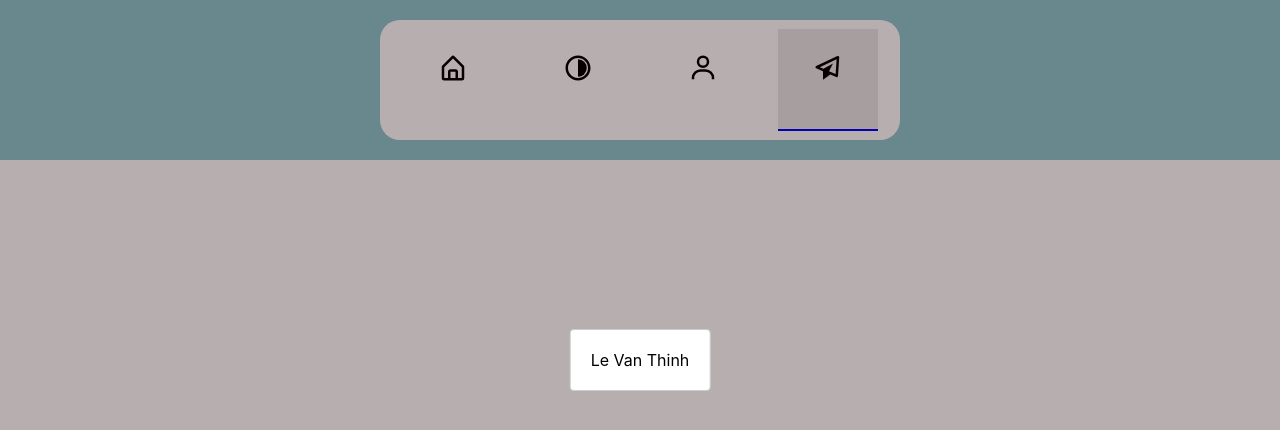
Repository: lethinh2003/pokemon_reactjs
Page: /contact
The author's editor kept a copy of each file at every save. The page is drawn from the files as they stood at one save, then again after the next save.
The browser window is 1280 px wide. The pictures show the whole page.
The project was rebuilt for these pictures with package versions that can differ from the ones it lists, and the page was loaded fresh each time. A package was used in the major version that the imports need, not the one package.json lists. Also part of the build but not shown: src/App.css, src/custom/useFetch.js, src/styles/loading.scss, src/styles/pokemonDetail.scss, src/view/PokemonDetail.jsx, src/view/Pokemon.jsx.

Above is the page before, as saved 2021-11-28 13:45:41.

### public/index.html
<!DOCTYPE html>
<html lang="en">
  <head>
    <meta charset="utf-8" />
    <link rel="icon" href="%PUBLIC_URL%/favicon.ico" />
    <meta name="viewport" content="width=device-width, initial-scale=1" />
    <meta name="theme-color" content="#000000" />
    <meta
      name="description"
      content="Web site created using create-react-app"
    />
    <link rel="apple-touch-icon" href="%PUBLIC_URL%/logo192.png" />


    <!--
      manifest.json provides metadata used when your web app is installed on a
      user's mobile device or desktop. See https://developers.google.com/web/fundamentals/web-app-manifest/
    -->
    <link rel="manifest" href="%PUBLIC_URL%/manifest.json" />
    <!--
      Notice the use of %PUBLIC_URL% in the tags above.
      It will be replaced with the URL of the `public` folder during the build.
      Only files inside the `public` folder can be referenced from the HTML.

      Unlike "/favicon.ico" or "favicon.ico", "%PUBLIC_URL%/favicon.ico" will
      work correctly both with client-side routing and a non-root public URL.
      Learn how to configure a non-root public URL by running `npm run build`.
    -->
    <title>React App</title>
  </head>
  <body>
    <noscript>You need to enable JavaScript to run this app.</noscript>
    <div id="root"></div>
    <!--
      This HTML file is a template.
      If you open it directly in the browser, you will see an empty page.

      You can add webfonts, meta tags, or analytics to this file.
      The build step will place the bundled scripts into the <body> tag.

      To begin the development, run `npm start` or `yarn start`.
      To create a production bundle, use `npm run build` or `yarn build`.
    -->
  </body>
</html>

### src/App.js
import logo from './logo.svg';
import './App.css';
import './styles/body.scss';
import Pokemon from './view/Pokemon';
import PokemonDetail from './view/PokemonDetail';
import Nav from './view/Nav';
import Contact from './view/Contact';
import {
  BrowserRouter as Router,
  Switch,
  Route,
  Link
} from "react-router-dom";


function App() {
  return (
    <>

        <div className="container">

        <Router>
            <Nav />

        <Switch>
          <Route path="/" exact>
            <Pokemon />
          </Route>

          <Route path="/detail/:id" exact>
          <PokemonDetail />

          </Route>
          <Route path="/contact">
          <Contact />

          </Route>
        </Switch>
        </Router>

        </div>
    </>
  );
}

export default App;

### src/styles/body.scss
.container {
  background-color: rgba(29, 143, 158, 0.507);
  display: flex;
  justify-content: center;
  align-items: center;
  flex-direction: column;
}

.card-body {
  display: flex;
  gap: 20px;
  justify-content: center;
  flex-wrap: wrap;
  position: relative;
}

@media (max-width: 735px) {
  .card-body {
  }
}
.card-item {
  width: 260px;
  height: 350px;
  background-color: rgb(75, 72, 72);
  border-radius: 20px;
  margin-left: 20px;
  position: relative;
  box-shadow: 2px 2px 8px 2px #5e5353;
  background-image: linear-gradient(45deg, #d90e0e, #2016dfcf);
  cursor: url(https://emoji.gg/assets/emoji/6419_great_pokeball.png), auto;

  &:nth-child(2n + 1) {
    background-image: linear-gradient(90deg, #d90e0e, #2016dfcf);
  }
  &:hover {
    border: 2px solid #f3ff16;
    box-shadow: 2px 2px 5px 5px #4a4343;
    transition: all 0.25s linear;
  }

  &__body {
    align-items: center;
    position: absolute;
    background-color: #fff;
    width: 230px;
    height: 325px;
    left: 50%;
    top: 50%;
    transform: translate(-50%, -50%);
    display: flex;
    flex-direction: column;
  }
  &__img {
    height: 255px;
    border-bottom: 2px solid black;
    width: 100%;
    & img {
      width: 100%;
      height: 100%;
      object-fit: contain;
    }
  }
  &__info {
    height: 50px;
    display: flex;
    flex-direction: column;
    align-items: center;
  }
  &__name {
    color: black;
    font-weight: bold;
    text-transform: capitalize;
  }
  &__type {
    font-size: 15px;
    color: white;
    gap: 10px;
    text-transform: capitalize;
    display: flex;
    justify-content: center;
    align-items: center;
  }
  & .type-btn {
    width: 67px;
    height: 16px;
    display: flex;
    justify-content: center;
    align-items: center;
  }
}

.detail {
  background-color: #c5ee0d;
  cursor: pointer;
  color: rgb(66, 46, 46);
  padding: 2px;
  font-weight: bold;
  border-radius: 5px;
}
.pokemon-search {
  margin: 20px;
  color: black;
}
.pokemon-more {
  position: absolute;
  bottom: 0;

  left: 50%;
  transform: translateX(-50%);
  margin: 20px 0;
  background-image: linear-gradient(
    to right,
    rgb(65, 56, 195),
    rgb(46, 6, 226)
  );
  display: flex;
  justify-content: center;
  align-items: center;
  width: 200px;
  height: 50px;
  border-radius: 10px;
  cursor: pointer;
}

### src/view/Nav.jsx
import '../styles/nav.scss';
import { BiHomeAlt, BiAdjust, BiUser, BiPaperPlane } from "react-icons/bi";
import {
    BrowserRouter as Router,
    Switch,
    Route,
    Link, NavLink
  } from "react-router-dom";
const Nav = () => {
    return(
        <>
        <div className="navigation">
            <NavLink to="/" activeClassName="active" exact>
            <div className="home">
                <BiHomeAlt />
                <span className="desc-icon">Home</span>
            </div>
            </NavLink>
            <div className="home">
                <BiAdjust />
                <span className="desc-icon">Display</span>
            </div>
            <div className="home">
                <BiUser />
                <span className="desc-icon">Me</span>
            </div>
            <NavLink to="/contact" activeClassName="active">
            <div className="home">
                <BiPaperPlane />
                <span className="desc-icon">Contact</span>
            </div>
            </NavLink>
        </div>
        </>
    )

}
export default Nav;

### src/view/Contact.jsx
import { useState } from 'react';
import '../styles/modal.scss';


const Contact = () => {
  const [modalIsOpen, setIsOpen] = useState(true);
      function closeModal() {
        setIsOpen(false);
      }
    return(
      <>
    <div className="modal-container">
        <div className="modal-body">
        Le Van Thinh


        </div>






    </div>
      </>

    )

}
export default Contact;

### src/styles/nav.scss
.navigation {
  background-color: white;
  height: 100px;
  width: 500px;
  border-radius: 20px;
  margin: 20px;
  padding: 10px;
  display: flex;
  align-items: center;
  justify-content: space-around;

  & .home {
    display: flex;
    justify-content: center;
    align-items: center;
    width: 100px;
    flex-direction: column;
    height: 100px;
    font-size: 30px;
    border-radius: 10px;
    cursor: pointer;

    &:hover svg {
      color: rgb(78, 68, 219);
      transform: translateY(-10px);
      transition: all 0.25s;
    }
    & .desc-icon {
      font-size: 20px;
      color: rgb(78, 68, 219);
      opacity: 0;
      visibility: hidden;
      transition: all 0.25s;
    }
    &:hover .desc-icon {
      opacity: 1;
      visibility: visible;
    }
  }
}
.active {
  border-bottom: 2px solid blue;
  background-color: #e7e7e7;
}
a {
  text-decoration: none;
  color: black;
}
@media (max-width: 735px) {
  .navigation {
    width: 300px;
    padding: 5px;

    & .home {
      width: 50px;

      font-size: 20px;
      & .desc-icon {
        font-size: 15px;
      }
    }
  }
}

### src/styles/modal.scss
.modal-container {
  position: fixed;
  inset: 0px;
  background-color: rgba(27, 3, 3, 0.315);
}
.modal-body {
  position: absolute;

  inset: 50% auto auto 50%;
  border: 1px solid rgb(204, 204, 204);
  background: rgb(255, 255, 255);
  overflow: auto;
  border-radius: 4px;
  outline: none;
  padding: 20px;
  margin-right: -50%;
  transform: translate(-50%, -50%);
}

Loaded but not shown: src/index.js (common file); src/index.css (common file); src/reportWebVitals.js (common file)

After the next save:
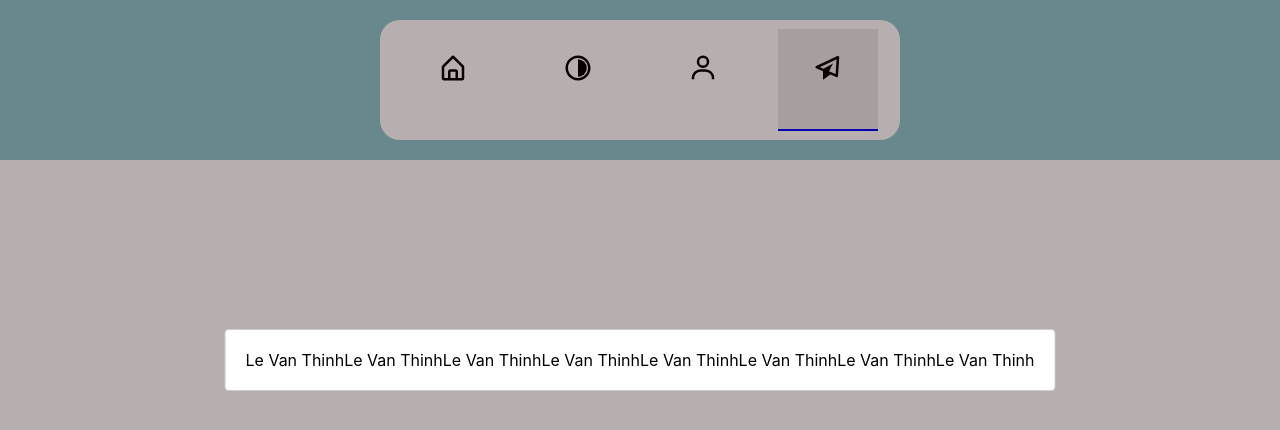
Saved 7 s later.
--- a/src/view/Contact.jsx
+++ b/src/view/Contact.jsx
@@ -11,7 +11,7 @@ const Contact = () => {
       <>
     <div className="modal-container">
         <div className="modal-body">
-        Le Van Thinh
+        Le Van ThinhLe Van ThinhLe Van ThinhLe Van ThinhLe Van ThinhLe Van ThinhLe Van ThinhLe Van Thinh
 
 
         </div>
